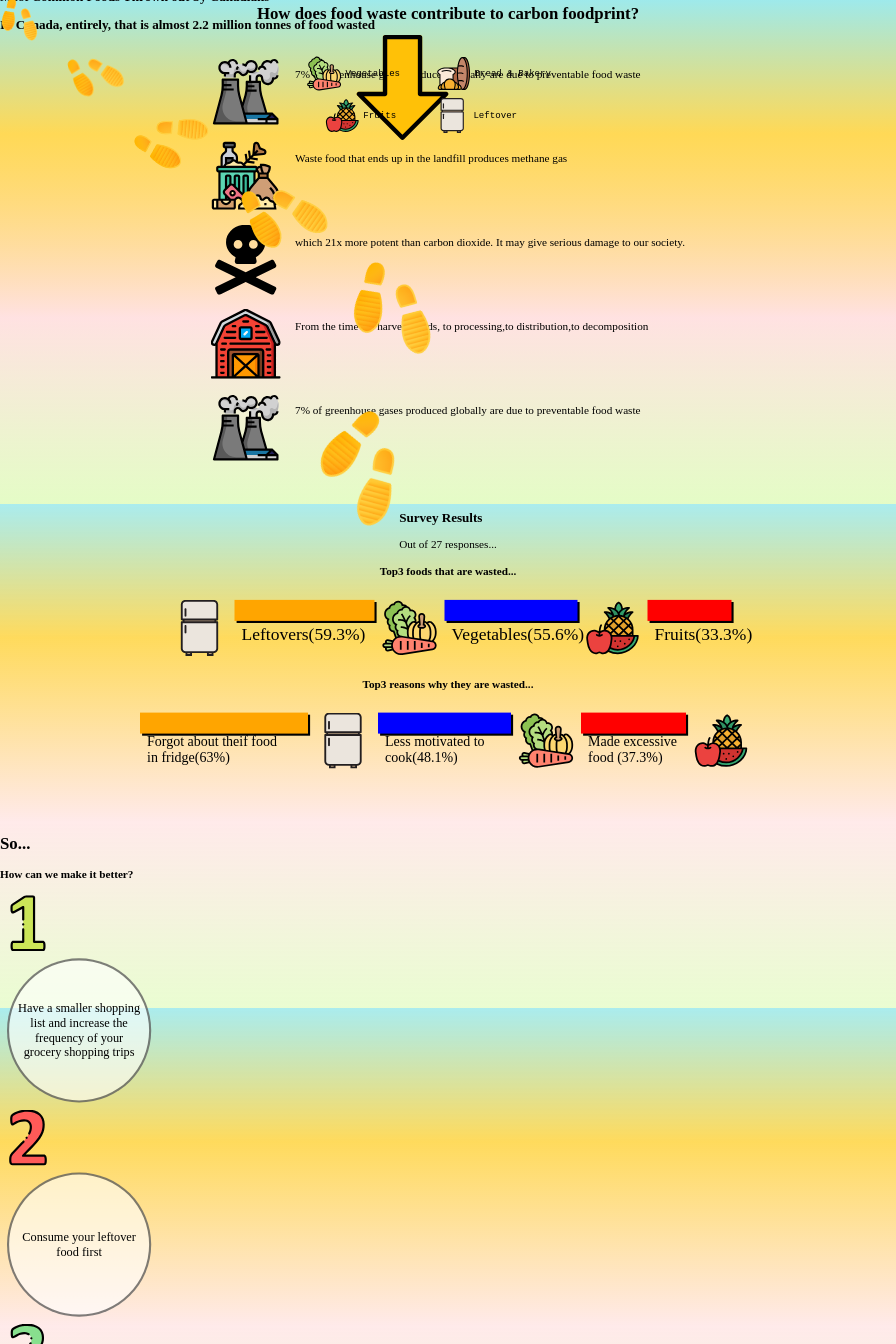
Repository: iorid3/Midterm
Page: index.html
The author's editor kept a copy of each file at every save. The page is drawn from the files as they stood at one save, then again after the next save.
The browser window is 1280 px wide. The pictures show the part of the page from y = 0 to 1920 px (the page is 2958 px tall before and 2858 px after), at 70% of full size.

Above is the page before, as saved 2021-03-09 11:41:20.

### index.html
<!DOCTYPE html>
<html>
    <head>
       <title>Mid term</title>
        <link href= "./index.css"  rel ="stylesheet" type = "text/css" >
    </head>
<body>
   <div id = "main">

        <div class = "section1">
            <div><h1> How Food Waste Impacts Our World</h1></div>
            <div><img src ="./Images/earth crying.svg"/></div>
            <div class = "comp1"></div>
            <div class = "comp2"></div>
            <div class = "comp5"></div>
        </div>

        <div class = "section2">
            <div><h2>DId you know that...</h2></div>
            <div class ="comp3_1"></div>
            <div class ="comp3_2"></div>
            <div class ="comp3_3"></div>
            <div class ="comp3_4"></div>
            <div class = "comp1"></div>

            <div class = "flag"><img src = ""></div>
            <div><h3>Most Common Foods Thrown out by Canadians</h3></div>
               <div class = "container1">
                    <div class ="comp4_1"></div>
                    <div class ="comp4_2"></div>
                    <div class ="comp4_3"></div>
                    <div class ="comp4_4"></div>
                </div>

            <div class = "comp5"></div>
            <div><h3>In Canada, entirely, that is almost 2.2 million tonnes of food wasted</h3></div>
            <div><img src = ""></div>
        </div>

        <div class = "section3">
            <div><h2>How does food waste contribute to carbon foodprint?</h2></div>
            <div><img src = ""></div>

            <div class = "comp6"></div>
            <div class = "comp6"></div>
            <div class = "comp6"></div>
            <div class = "comp6"></div>

                <div class = "container2">
                    <div><img src = ""></div>
                    <div><img src = ""></div>
                    <div><img src = ""></div>
                </div>

            <div class = "comp6"></div>


        </div>


        <div class = "section4">
            <div class = "container3">
               <div><img src = ""></div>
               <div><h3>Survey Results</h3></div>
               <div>Out of 27 responses...</div>
            </div>


            <div class ="comp2"></div>
            <div><h4>Top3 foods that are wasted...</h4></div>
            <div class = "container4">
                <div class = "comp7"></div>
                <div class = "comp7"></div>
                <div class = "comp7"></div>
            </div>

            <div><h4>Top3 reasons why they are wasted...</h4></div>
            <div class = "container5">
                <div class = "comp8"></div>
                <div class = "comp8"></div>
                <div class = "comp8"></div>
            </div>




        </div>

        <div class = "section5">

            <div><h2>So...</h2></div>

            <div><h4>How can we make it better?</h4></div>
            <div class = "container6">
                <div class ="comp9"></div>
                <div class ="comp9"></div>
                <div class ="comp9"></div>
                <div class ="comp9"></div>
            </div>

            <div><h3>Small Steps goes a long way</h3></div>
            <div class = "comp10"></div>
            <div class = "comp10"></div>
            <div class = "comp10"></div>
            <div class = "comp10"></div>
            <div class = "comp10"></div>
            <div class = "comp10"></div>

            <div><img src = ""></div>
            <div><img src = ""></div>

            <div class = "comp5"></div>
            <div><h3>Do your part in saving the environment by ...</h3></div>
            <div><h2>Using this app to reduce food waste</h2></div>
            <div><h2>FridgeSaver</h2></div>
            <div><img src =""></div>
            <div class = "comp5"></div>
            <div><h5>Start with what you have in your fridge</h5></div>

            <div><img src =""></div>
            <div><h5>Ready to find interesting recipes?</h5></div>



        </div>

    <h1>HIHIHI</h1>



       <!-- <div class = "col left">
           <div class = "row top">
               <div class = "shake"></div>
           </div>
           <div class = "row mid">
               <div class = "rank1"></div>
               <div class = "rank2"></div>
           </div> -->
    </div>

<script src = ./Comps/comp1/index.js></script>
<script src = ./Comps/comp2/index.js></script>
<script src = ./Comps/comp3/index.js></script>
<script src = ./Comps/comp4/index.js></script>
<script src = ./Comps/comp5/index.js></script>
<script src = ./Comps/comp6/index.js></script>
<script src = ./Comps/comp7/index.js></script>
<script src = ./Comps/comp8/index.js></script>
<script src = ./Comps/comp9/index.js></script>
<script src = ./Comps/comp10/index.js></script>

<script src = ./index.js></script>
</body>
</html>

### index.css
html,body{
    margin:0;
    background: linear-gradient(180deg, rgba(156, 233, 235, 0.86) 0%, rgba(255, 217, 86, 0.96) 26.56%, rgba(255, 220, 220, 0.6) 63.02%, rgba(227, 252, 195, 0.76) 100%);
    mix-blend-mode: normal;
}
#main{
    width:100vw;
    height:100vh;
    display:flex;
    flex-direction: column;
    align-items: center;
    justify-content: center;
}

.section1{
  width:100%;
}


.section2{
    width:100%;

}

.section3{
    display:flex;
    flex-direction: column;
    justify-content: center;
    align-items: center;
    width:100%;
    height:20%;
    margin:200px;
}

.section4{

    display:flex;
    flex-direction: column;
    justify-content: center;
    align-items: center;
    width:100%;
    height:20%;
    margin:200px;
}


.section5{
    width:100%

}

### Comps/comp1/index.js
function Comp1UI(url="Images/confusion.png", size ="10px", font= "Poppins", text="text"){
    return `<div style='
            width: 100vw;
            height: 30vh;
            display: inline-flex;
            justify-content: center;
            align-items: center;
            transition: opacity 1s;
            opacity: 0.25;
            position:absolute;
        '
        onclick='Comp1UI.HandleClick(this)'
        >

        <img style='
            display: inline-flex;
            width: 200px;
            position: relative;
            left: 140px;
            top: 60px;
        'src="${url}" />

        <div>
            <img style='
                display: inline-flex;
                position: relative;
                width: 500px;
                left: 100px;
                bottom: 10px;
            'src="Images/chat.svg" />

            <div style='
                display: inline-flex;
                position: relative;
                bottom: 280px;
                right: 265px;
                font-size: ${size};
                font-weight: bold;
                font-family: ${font};
            '> ${text}</div>
        </div>
    </div>`
}

Comp1UI.HandleClick = (el) => {
    el.style.opacity = 1;
}

### Comps/comp2/index.js
function Comp2UI(url="Images/confusion.png", size ="10px", font= "Poppins", text="text"){
    return `<div style='
        width: 100vw;
        height: 30vh;
        display: inline-flex;
        justify-content: center;
        align-items: center;
        transition: opacity 1s;
        opacity: 0.25;
        position:absolute;
    '
    onclick='Comp1UI.HandleClick(this)'
    >

        <img style='
            display: inline-flex;
            width: 200px;
            position: relative;
            left: 500px;
            top:60px;
        ' src="${url}"/>

        <div>
            <img style='
                display: inline-flex;
                position: relative;
                width: 500px;
                right: 200px;
                bottom: 10px;
                transform: rotateY(180deg)
            ' src="Images/chat2.svg" />

            <div style='
                display: inline-flex;
                position: relative;
                bottom: 280px;
                right: 560px;
                font-size: ${size};
                font-weight: bold;
                font-family: ${font};
            ' >${text}</div>
        </div>
    </div>`
}

Comp2UI.HandleClick = (el) => {
    el.style.opacity = 1;
}

### Comps/comp3/index.js
function Comp3UI(Text='Average Canadian wastes 140kg of food in a year', url='https://placekitten.com/400/400') {
    return `
        <div style='
            display: inline-flex;
            align-items: center;
            justify-content: center;

            transition-property: transform;
            transition-duration: 1s;
            transition-timing-function: ease-in-out;
            transition-delay: 1s;

        '>
            <div style='
                flex-basis: 200px;
                text-align: center;
                padding-right: 10px;
                font-family: monospace;


            '
            >${Text}</div>

            <div style='
                width: 100px;
                height: 100px;
            '
            // onclick='Comp3UI.HandleClick(this)'
            >
                <img  style='
                    width: 100%;
                    height: 100%;
                    object-fit: cover;
                '
                src='${url}' />
        </div>
    `
}

// Comp3UI.HandleClick = (el) => {
//     el.style.top = "110%";
// }


// export const Comp3 = Comp3UI();

### Comps/comp4/index.js
function Comp4UI(url='https://placekitten.com/300/300',text='Bread & Bakery',x='0',y='0') {
    return `
        <div style='
            display: flex;
            flex-direction: row;
            align-item: center;
            justify-content: center;
            width: 250px;
            height: 50px;
            margin: 10px;
            position: absolute;
            top: ${x}px;
            left: ${y}px;

            animation-name: bouncing;
            animation-duration: 1.5s;
            animation-direction: alternate;
            animation-iteration-count: infinite;
            animation-delay: 2s;



        '
        >
            <div style='
                width: 50px;
                height: 50px;
            '>
                <img style='
                    width: 100%;
                    height: 100%;
                    object-fit: cover;
                '
                src='${url}' />
            </div>
            <div style='
            font-family: monospace;
            text-align: center;
            padding-top: 18px;
            padding-left: 5px;
            '
            >${text}</div>
        </div>
    `
}




// export const Comp4 = Comp4UI();

### Comps/comp5/index.js
function Comp5UI(x='0', y='0', url='https://placekitten.com/300/300') {
    return `
        <div style='
            width: 150px;
            height: 150px;
            position: absolute;
            top: ${x}px;
            left: ${y}px;

        '
        >
            <img style='
                width: 100%;
                height: 100%;
                object-fit: cover;

                animation-name: bounce;
                animation-duration: 1s;
                animation-direction: alternate;
                animation-iteration-count: infinite;

            '
            src='${url}' />


        </div>

    `
}

// export const Comp5 = Comp5UI();

### Comps/comp6/index.js
function Carboncomp(text =" 7% of greenhouse gases produced globally are due to preventable food waste", url= "images/factory.svg"){
    return `<div style = "
                          display:flex;
                          ">
                         <div style = "display:flex;
                         padding:10px;">
                         <img style ="
                          width:100px;
                          height:100px;
                         " src  = "${url}"></div>
                         <div style ="
                         display:flex;
                         padding:10px;"><p>${text}</p></div>

            </div>`

}

### Comps/comp7/index.js
function Graphcomp(url ="images/vegetable.svg",text ="Leftovers(59.3%)",color ="pink",width ="200px" ){
    return `<div style = "
                          display:inline-flex;
                          align-items:flex-start;
                          justify-content:flex-start;
                          ">
                            <div style = "display:flex;
                            padding:10px;
                            width:80px;
                            height:80px;
                            ">
                            <img src  = "${url}"></div>
                            <div class = "graph"
                            style ="
                            width:${width};
                            height:30px;
                            margin-top:10px;
                            background-color:${color};
                            box-shadow: 3px 3px ;
                            transition:background-color,1s,box-shadow, 1s;"
                            onmouseover = "Graphcomp.HandleMouseover(this)">
                            <div style ="
                            display:flex;
                            padding:10px;
                            font-size:25px;"><p>${text}</p></div>
                            </div>



            </div>`


}

Graphcomp.HandleMouseover = (el)=>{
   el.style.boxShadow = "8px 8px";
//    el.style.width = "400px";
 }

### Comps/comp8/index.js
function Graphcomp2(url ="images/vegetable.svg",text ="Leftovers(59.3%)",color ="pink",width ="200px" ){
    return `<div style = "
                          display:inline-flex;
                          flex-direction:row;
                          justify-content:center;
                          ">
                            <div class = "graph"
                            style ="
                            display:flex;
                            width:${width};
                            height:30px;
                            margin-top:10px;
                            background-color:${color};
                            box-shadow: 3px 3px ;
                            transition:background-color,1s,box-shadow, 1s;"
                            onmouseover = "Graphcomp2.HandleMouseover(this)">
                            <div style ="
                            display:flex;
                            width:200px;
                            padding:10px;
                            font-size:20px;"><p>${text}</p></div>
                            </div>
                            <div style = "display:flex;
                            padding:10px;
                            width:80px;
                            height:80px;
                            ">
                            <img src  = "${url}"></div>




            </div>`


}

Graphcomp2.HandleMouseover = (el)=>{
//    el.style.backgroundColor  = "blue";
   el.style.boxShadow = "8px 8px";
//    el.style.width = "400px";
 }

### Comps/comp9/index.js
function Comp9UI(url="Images/1.svg", text="4 Ways to Make it Better") {
    return `
        <img style='
            width: 80px;
            height: 80px;
            transition: width 0.2s;
            transition-timing-function: ease-in-out;
            display: flex;
        justify-content: center;
        align-items: center;
        flex-wrap: wrap;
        '

        onmouseover='Comp9UI.HandleImageHover(this)'
        onmouseout='Comp9UI.HandleImageHoverOut(this)'

        src="${url}"/>

        <div style='
            width: 180px;
            height: 180px;
            margin: 10px;
            padding: 10px;
            background-color: rgba(255, 255, 255, 0.6);
            border: 3px solid rgba(0, 0, 0, 0.5);
            border-radius: 50%;
            display: flex;
            justify-content: center;
            align-items: center;
            font-size: 1.1em;
            line-height: 1.2em;
            text-align: center;
            transition: width 0.2s;
            transition-timing-function: ease-in-out;
        '
            onmouseover='Comp9UI.HandleHover(this)'
            onmouseout='Comp9UI.HandleHoverOut(this)'

        >${text}</div>

    `
}

Comp9UI.HandleImageHover = (el) => {
    el.style.width = "120px";
    el.style.height = "120px";
}

Comp9UI.HandleImageHoverOut = (el) => {
    el.style.width = "80px";
    el.style.height = "80px";
}

Comp9UI.HandleHover = (el) => {
    el.style.color = "#2E8B57";
    // el.style.width = "210px";
    // el.style.height = "210px";
    // el.style.fontSize = "1.4em";
}

Comp9UI.HandleHoverOut = (el) => {
    el.style.color = "#000000";
    // el.style.width = "180px";
    // el.style.height = "180px";
    // el.style.fontSize = "1.1em";
}
// export const comp9 = Comp9UI();

### Comps/comp10/index.js
function Comp10UI(w="55px", tdeg="120deg", top="0px", left="0px", anidelay="1s") {
    return `
    <img style='
        width: ${w};
        transform: rotate(${tdeg});
        position: absolute;
        top: ${top};
        left: ${left};

        animation-name: footsteps;
        animation-duration: 4s;
        animation-delay: ${anidelay};
        animation-iteration-count: infinite;

    'src="Images/footstep.png"/>

    `
}

// export const comp10 = Comp10UI();

### index.js
document.querySelector(".comp1").innerHTML += Comp1UI("./images/question.svg","25px", "Poppins", "What's the issue?");
document.querySelector(".comp2").innerHTML += Comp2UI("./images/professor.svg", "25px", "Poppins", "Good Question!");

//add claudia's componenets

document.querySelector(".comp3_1").innerHTML += Comp3UI('Average Canadian wastes 140kg of food in a year', 'Images/crowd.svg')
document.querySelector(".comp3_2").innerHTML += Comp3UI('That’s worth about $1,100 Canadian dollars', 'Images/plant.svg')
document.querySelector(".comp3_3").innerHTML += Comp3UI('About 63% of the food that is thrown away could be eaten or used', 'Images/garbage.svg')
document.querySelector(".comp3_4").innerHTML += Comp3UI('A single household waste approximately $100 per month', 'Images/family.svg')

document.querySelector(".comp4_1").innerHTML += Comp4UI('Images/vegetable.svg', 'Vegetables',70,370)
document.querySelector(".comp4_2").innerHTML += Comp4UI('Images/bread.svg', 'Bread & Bakery',70,570)
document.querySelector(".comp4_3").innerHTML += Comp4UI('Images/fruits.svg', 'Fruits',130,380)
document.querySelector(".comp4_4").innerHTML += Comp4UI('Images/fridge.svg', 'Leftover',130,545)

document.querySelector(".comp5").innerHTML += Comp5UI(50,500,'Images/down-arrow.svg')


document.querySelector(".comp9").innerHTML += Comp9UI("Images/1.svg", "Have a smaller shopping list and increase the frequency of your grocery shopping trips");
document.querySelector(".comp9").innerHTML += Comp9UI("Images/2.svg", "Consume your leftover food first");
document.querySelector(".comp9").innerHTML += Comp9UI("Images/3.svg", "Make foods that can be preserved longer such as jam, sauces, and pickled food");
document.querySelector(".comp9").innerHTML += Comp9UI("Images/4.svg", "Be mindful of saving the environment by reducing food waste");

document.querySelector(".comp10").innerHTML += Comp10UI("60px", "120deg", "0px", "0px", "1s");
document.querySelector(".comp10").innerHTML += Comp10UI("75px", "80deg", "70px", "100px", "1.5s");
document.querySelector(".comp10").innerHTML += Comp10UI("95px", "50deg", "150px", "200px", "2s");
document.querySelector(".comp10").innerHTML += Comp10UI("115px", "80deg", "250px", "350px", "2.5s");
document.querySelector(".comp10").innerHTML += Comp10UI("130px", "120deg", "380px", "500px", "3s");
document.querySelector(".comp10").innerHTML += Comp10UI("145px", "150deg", "600px", "450px", "3.5s");

document.querySelector(".comp6").innerHTML +=  Carboncomp();
document.querySelector(".comp6").innerHTML +=  Carboncomp(text = "Waste food that ends up in the landfill produces methane gas",url= "images/garbage.svg");
document.querySelector(".comp6").innerHTML +=  Carboncomp(text ="which 21x more potent than carbon dioxide. It may give serious damage to our society. ",url ="images/skull.svg" );
document.querySelector(".comp6").innerHTML +=  Carboncomp(text = "From the time we harvest foods, to processing,to distribution,to decomposition", url ="images/barn.svg");
document.querySelector(".comp6").innerHTML +=  Carboncomp();
document.querySelector(".comp7").innerHTML +=  Graphcomp("Images/fridge.svg",text ="Leftovers(59.3%)",color ="orange",width ="200px");
document.querySelector(".comp7").innerHTML +=  Graphcomp("Images/vegetable.svg",text ="Vegetables(55.6%)",color ="blue",width ="190px");
document.querySelector(".comp7").innerHTML +=  Graphcomp("Images/fruits.svg",text ="Fruits(33.3%)",color ="red",width ="120px");
document.querySelector(".comp8").innerHTML +=  Graphcomp2("Images/fridge.svg",text ="Forgot about theif food in fridge(63%)",color ="orange",width ="240px");
document.querySelector(".comp8").innerHTML +=  Graphcomp2("Images/vegetable.svg",text ="Less motivated to cook(48.1%)",color ="blue",width ="190px");
document.querySelector(".comp8").innerHTML +=  Graphcomp2("Images/fruits.svg",text ="Made excessive food (37.3%)",color ="red",width ="150px");

After the next save:
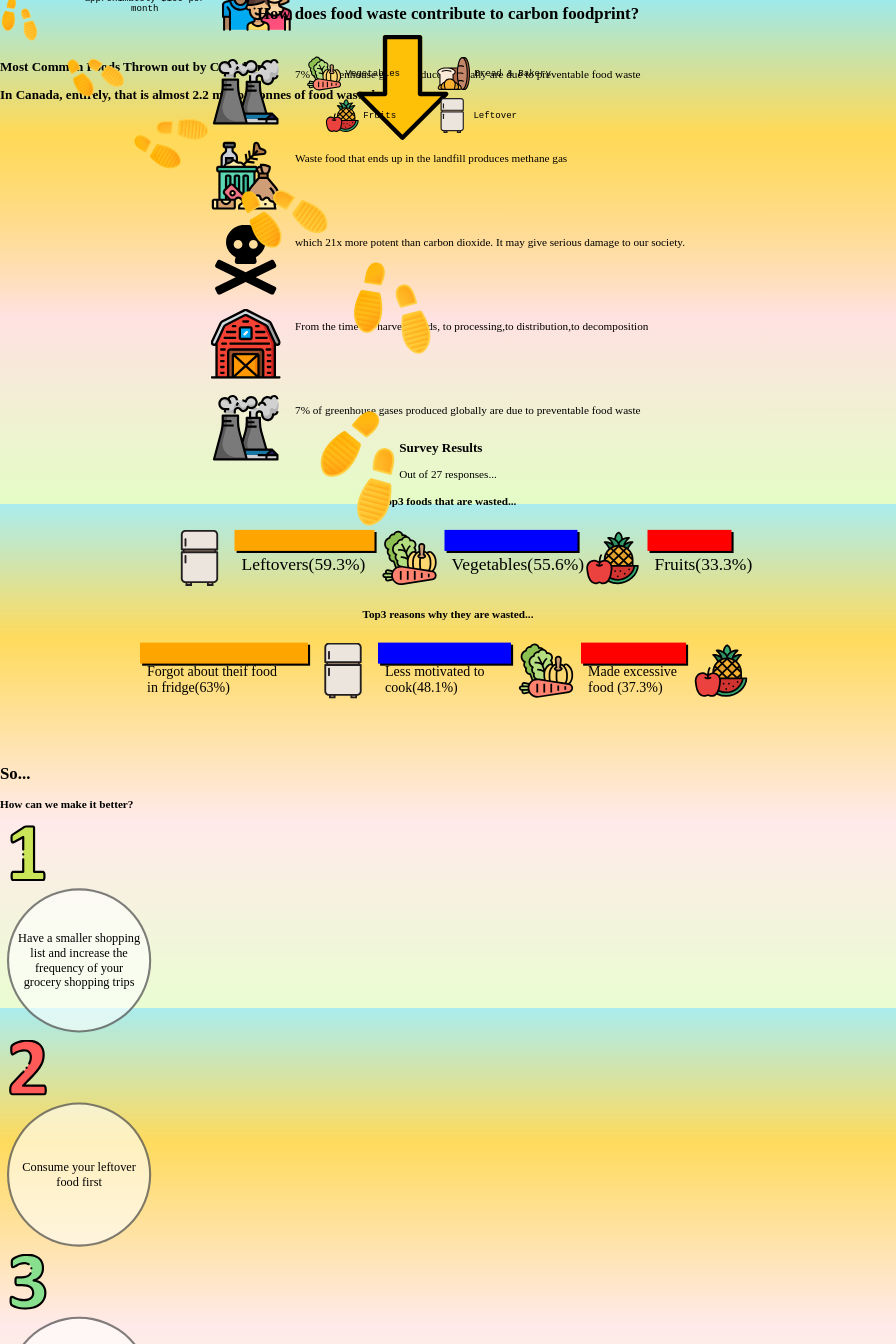
Saved 12 s later.
--- a/index.css
+++ b/index.css
@@ -29,7 +29,7 @@ html,body{
     align-items: center;
     width:100%;
     height:20%;
-    margin:200px;
+    margin:100px;
 }
 
 .section4{
